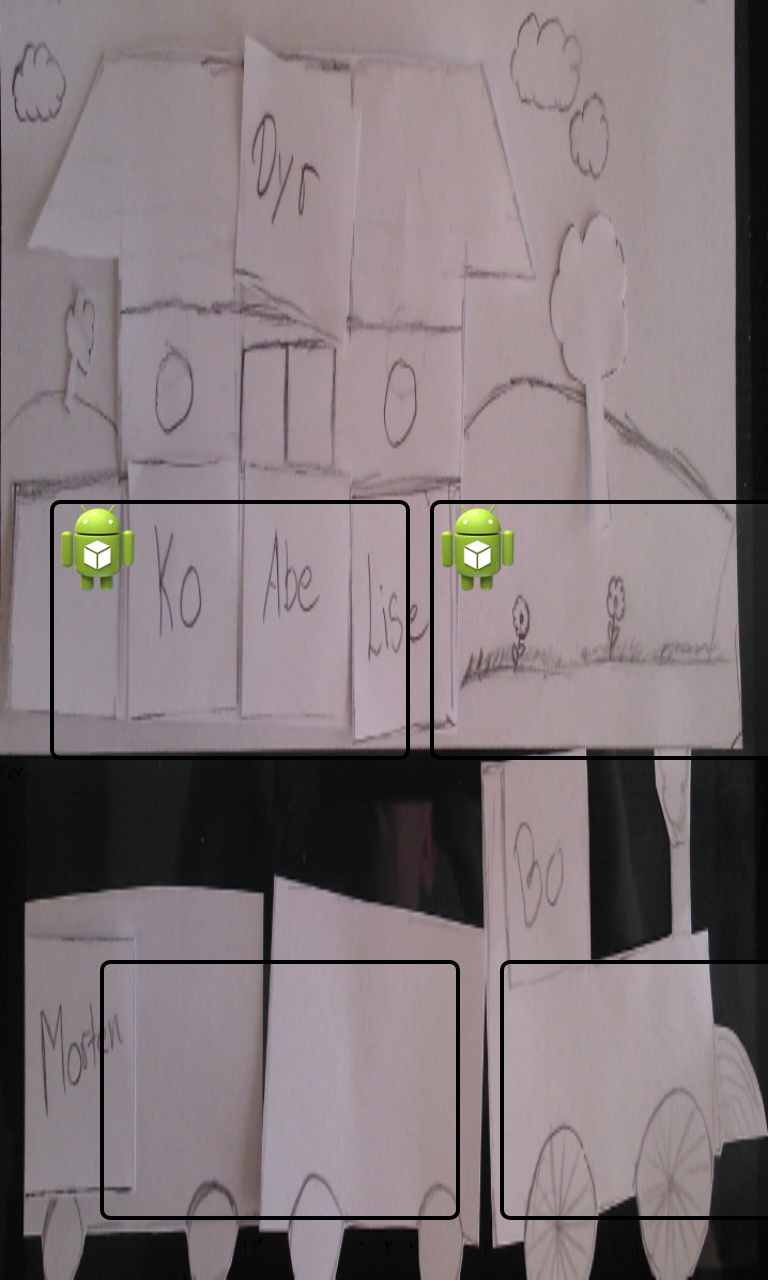
Repository: figa12/sw606f13
Layout: Source/backgroundTest/backgroundTest/res/layout/activity_main.xml
These files come from the project's save history. The layout is drawn as it stood at one moment and after the next save; the edit follows.
It is drawn on a 768 x 1280 px phone screen (xhdpi) without system bars, with theme AppTheme; the app's code is not run.

Above is the layout before, as saved 2013-02-28 09:01:32.

After the next save:
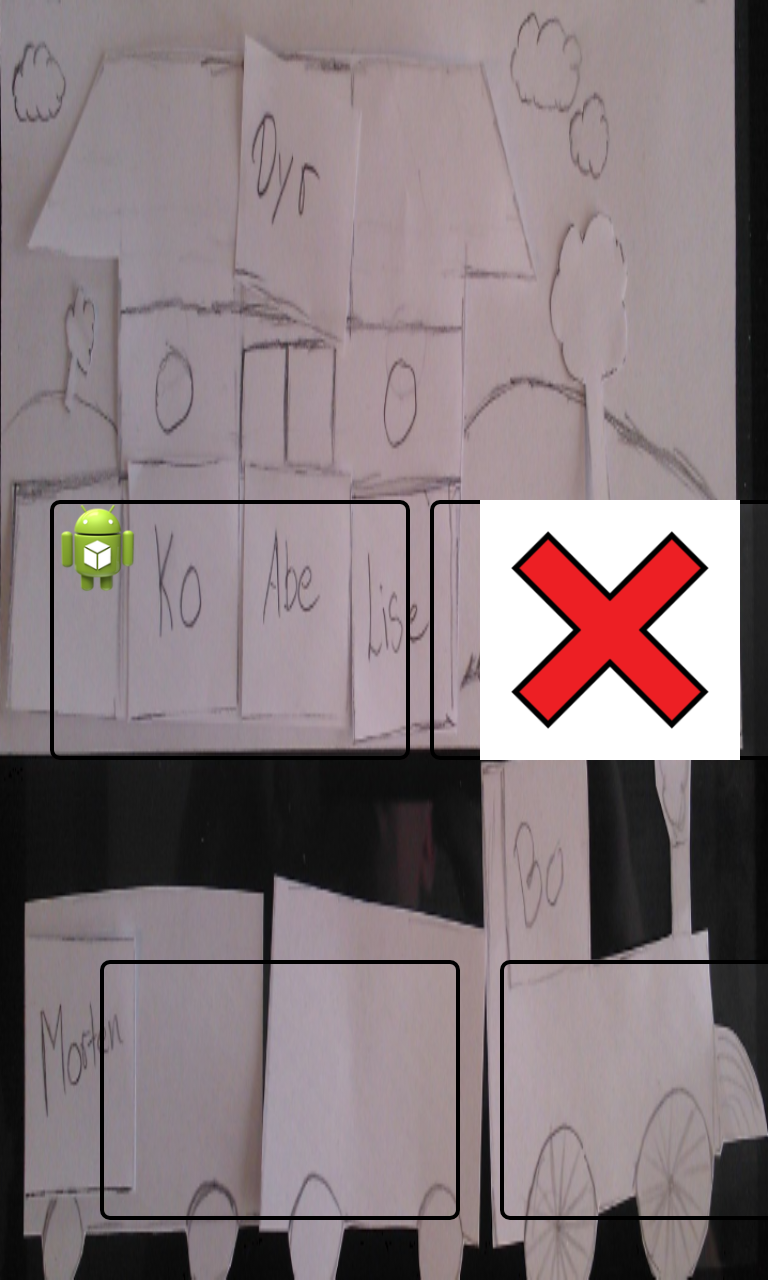
Saved 15 s later.
--- a/Source/backgroundTest/backgroundTest/res/layout/activity_main.xml
+++ b/Source/backgroundTest/backgroundTest/res/layout/activity_main.xml
@@ -44,7 +44,7 @@
             android:layout_height="wrap_content"
             android:layout_column="0"
             android:layout_row="0"
-            android:src="@drawable/ic_launcher" />
+            android:src="@drawable/nej" />
 
     </LinearLayout>
 
